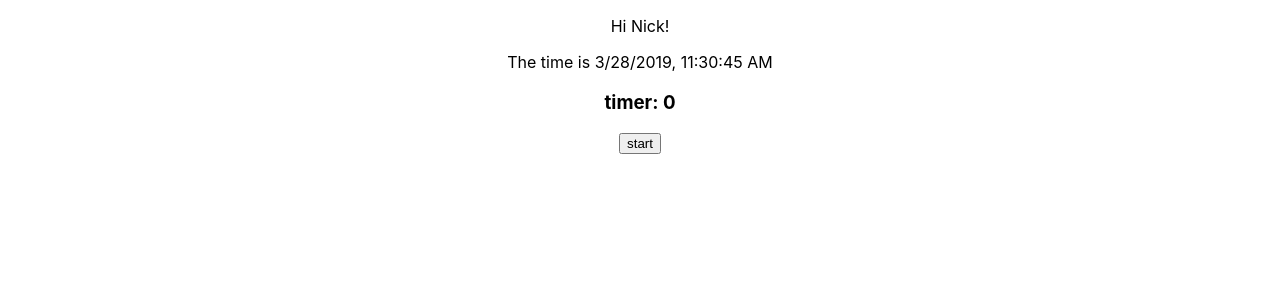
Repository: crispinonicky/gummy-facts
Page: /
The author's editor kept a copy of each file at every save. The page is drawn from the files as they stood at one save, then again after a run of saves.
The browser window is 1280 px wide. The pictures show the whole page.
The project was rebuilt for these pictures with package versions that can differ from the ones it lists, and the page was loaded fresh each time.

Above is the page before, as saved 2019-03-28 13:40:39.

### src/App.js
import React, { Component } from 'react';
import './App.css';
import Clock from './components/Clock';
import Gummies from './components/Gummies';


class App extends Component {
  constructor(props){
    super(props)

    this.state = {
      name: "Nick"
    }

  }



  render() {
    return (
      <div className="App">


      <p>
        Hi {this.state.name}!
      </p>

        <Clock />
        <Gummies />


      </div>
    );
  }
}

export default App;

### src/components/Clock.js
import React, { Component } from "react";
import "../App.css";

let time = new Date().toLocaleString();
let timeInt = parseInt(time).toString

class Clock extends React.Component {
  constructor(props) {

    super(props)
    this.state = {
      time: new Date().toLocaleString(),
    };
  }

  componentDidMount() {
    this.intervalID = setInterval(
      () => this.tick(),
      1000
    )
  }

  componentWillUnmount() {
    clearInterval(this.intervalID);
  }

  tick() {
    this.setState({
      time: new Date().toLocaleString()
    });
  }

  render() {
    return (
      <div>
      <p>
        The time is {this.state.time}
      </p>
      </div>
    );
  }
}

console.log(typeof time)



export default Clock;

### src/components/Gummies.js
// import React, { Component } from "react";
// import "../App.css";

// // let time = new Date().toLocaleString();
// let gummyCount = 0

// class Gummies extends React.Component {
//   constructor(props) {

//     super(props)
//     this.state = {
//       gummyCount: 0
//     };

//     this.startTimer = this.startTimer.bind(this)

//   }

//   startTimer() {
//     this.setState({
//       time: this.state.time
//     })

//     this.timer = setInterval(() => this.setState({

//     }), 1);
//   }

//   render() {
//     return (
//       <div>
//       <p>
//         And as of the time you opened this app, approximately {gummyCount} have
//         been savagely devoured (within the United States) 😱
//       </p>
//       </div>
//     );
//   }
// }

// console.log(typeof time)



// export default Gummies;


const React = require('react')

class Gummies extends React.Component {
  constructor(props){
    super(props)
    this.state = {
      time: 0,
      isOn: false,
      start: 0
    }
    this.startTimer = this.startTimer.bind(this)

  }

  startTimer() {

    this.setState({
      isOn: true,
      time: this.state.time,
      start: Date.now() - this.state.time
    })

    this.timer = setInterval(() => this.setState({
      time: Date.now() - this.state.start
    }), 1000);

  }


  render() {
    console.log(typeof this.state.time)


    let start = (this.state.time == 0) ?
      <button onClick={this.startTimer}>start</button> :
      null
    return(
      <div>
        <h3>timer: {(this.state.time)}</h3>
        {start}

      </div>

    )
  }


}


export default Gummies;

Loaded but not shown: public/index.html (common file); src/index.js (common file); src/index.css (common file); src/serviceWorker.js (common file); src/App.css (common file)

After the next 3 saves:
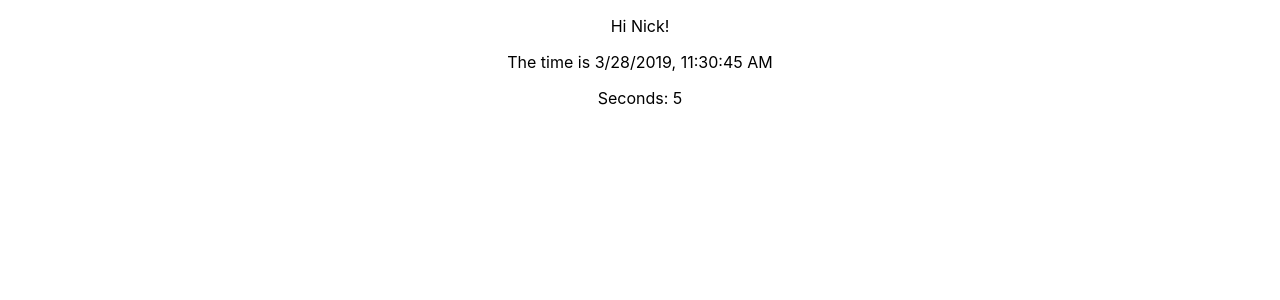
The 3 saves are shown as one change because 2 did not build or start.
The last was saved 4 min 54 s later.
--- a/src/components/Gummies.js
+++ b/src/components/Gummies.js
@@ -47,52 +47,85 @@
 
 const React = require('react')
 
+// class Gummies extends React.Component {
+//   constructor(props){
+//     super(props)
+//     this.state = {
+//       time: 0,
+//       isOn: false,
+//       start: 0
+//     }
+//     this.startTimer = this.startTimer.bind(this)
+
+//   }
+
+//   startTimer() {
+
+//     this.setState({
+//       isOn: true,
+//       time: this.state.time,
+//       start: Date.now() - this.state.time
+//     })
+
+//     this.timer = setInterval(() => this.setState({
+//       time: Date.now() - this.state.start
+//     }), 1000);
+
+//   }
+
+
+
+//   render() {
+//     console.log(typeof this.state.time)
+
+
+//     let start = (this.state.time == 0) ?
+//       <button onClick={this.startTimer}>start</button> :
+//       null
+//     return(
+//       <div>
+//         <h3>timer: {(this.state.time)}</h3>
+//         {start}
+
+//       </div>
+
+//     )
+//   }
+
+
+// }
+
+
+// export default Gummies;
+
+
 class Gummies extends React.Component {
-  constructor(props){
-    super(props)
-    this.state = {
-      time: 0,
-      isOn: false,
-      start: 0
-    }
-    this.startTimer = this.startTimer.bind(this)
-
+  constructor(props) {
+    super(props);
+    this.state = { seconds: 0 };
   }
 
-  startTimer() {
-
-    this.setState({
-      isOn: true,
-      time: this.state.time,
-      start: Date.now() - this.state.time
-    })
-
-    this.timer = setInterval(() => this.setState({
-      time: Date.now() - this.state.start
-    }), 1000);
-
+  tick() {
+    this.setState(state => ({
+      seconds: state.seconds + 1
+    }));
   }
 
+  componentDidMount() {
+    this.interval = setInterval(() => this.tick(), 1000);
+  }
+
+  componentWillUnmount() {
+    clearInterval(this.interval);
+  }
 
   render() {
-    console.log(typeof this.state.time)
-
-
-    let start = (this.state.time == 0) ?
-      <button onClick={this.startTimer}>start</button> :
-      null
-    return(
+    return (
       <div>
-        <h3>timer: {(this.state.time)}</h3>
-        {start}
-
+        Seconds: {this.state.seconds}
       </div>
-
-    )
+    );
   }
-
-
 }
 
-
 export default Gummies;
